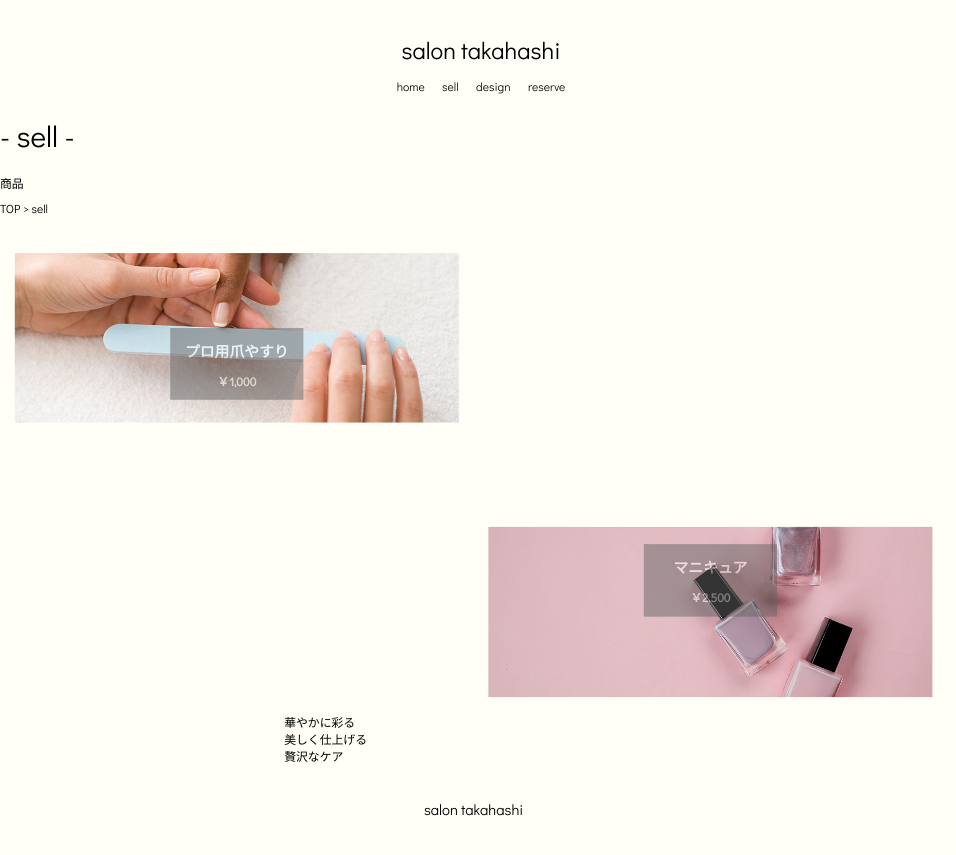
Repository: yukitakahashi1002/salontakahashi-
Page: sell.html
The author's editor kept a copy of each file at every save. The page is drawn from the files as they stood at one save, then again after the next save.
The browser window is 1280 px wide. The page is 1280 px wide, then 1292 px, so the pictures cover 1292 px, including what lies to the right of the window. The pictures show the whole page, at 74% of full size.

Above is the page before, as saved 2023-08-02 01:40:32.

After the next save:
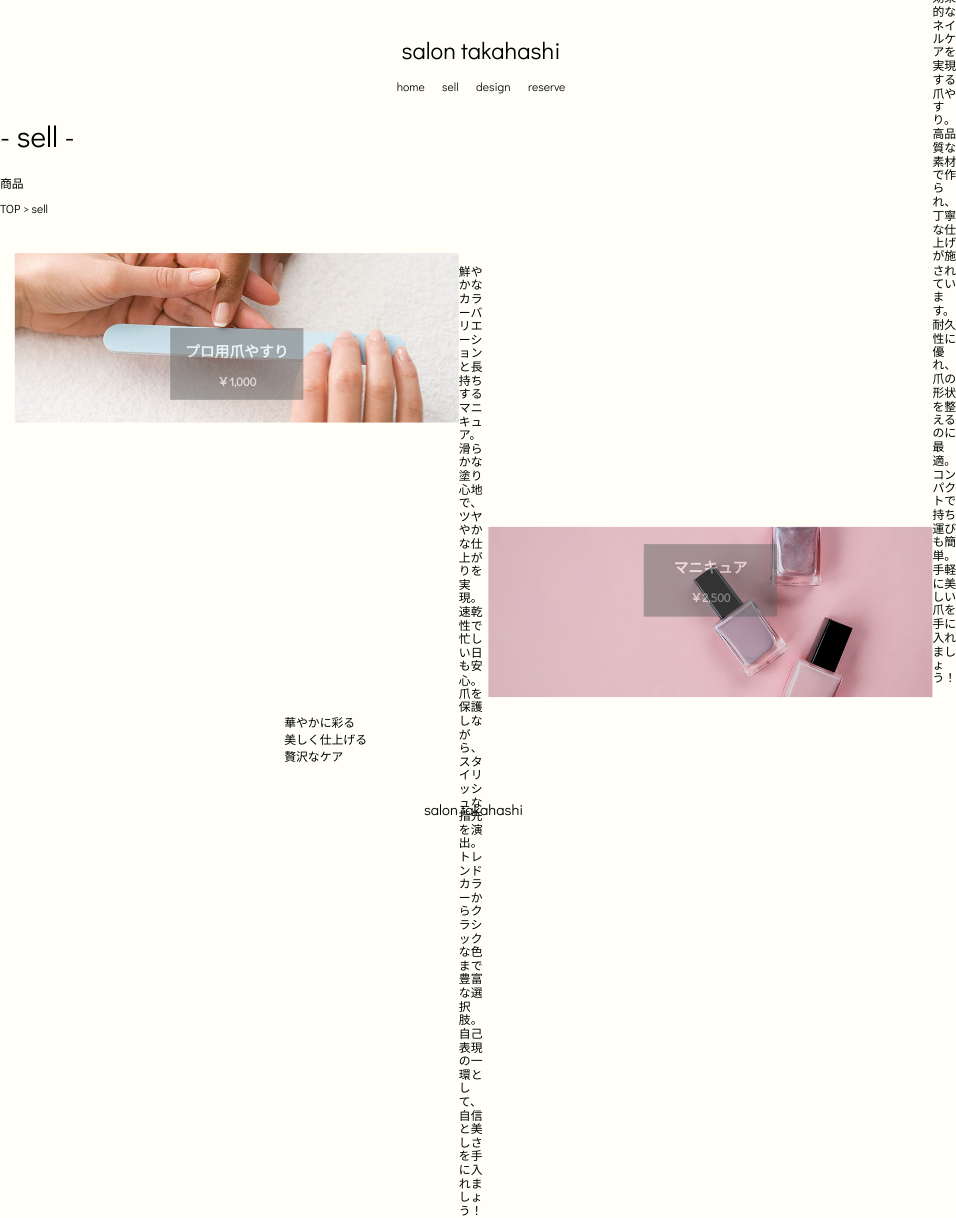
Saved 3 min 18 s later.
--- a/sell.html
+++ b/sell.html
@@ -39,6 +39,10 @@
                             <h3>プロ用爪やすり</h3>
                             <p>￥1,000</p>
                         </div>
+                        <p>
+
+鮮やかなカラーバリエーションと長持ちするマニキュア。滑らかな塗り心地で、ツヤやかな仕上がりを実現。速乾性で忙しい日も安心。爪を保護しながら、スタイリッシュな指先を演出。トレンドカラーからクラシックな色まで豊富な選択肢。自己表現の一環として、自信と美しさを手に入れましょう！
+                        </p>
                     </div>
                     <div class="menu-flex-right">
                         <img id="menu-photo2" src="images/11062b_7d27fc5c07e74960b3757fe48325ce2c~mv2_d_6240_4160_s_4_2.jpg" alt="マニュキュア" >
@@ -46,6 +50,10 @@
                             <h3>マニキュア</h3>
                             <p>￥2,500</p>
                         </div>
+                        <p>
+
+効果的なネイルケアを実現する爪やすり。高品質な素材で作られ、丁寧な仕上げが施されています。耐久性に優れ、爪の形状を整えるのに最適。コンパクトで持ち運びも簡単。手軽に美しい爪を手に入れましょう！
+                        </p>
                     </div>
                 </div>
                 <div class="menu-foot">
